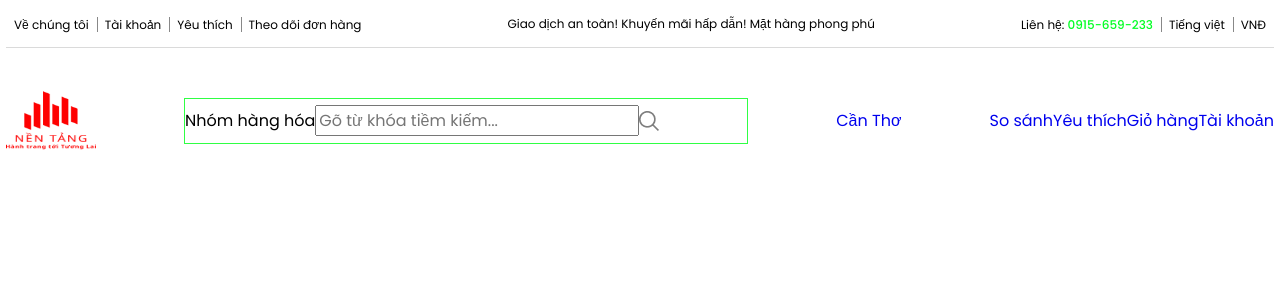
Repository: DucNghia2004/project_pro_01
Page: index.html
These files come from the project's save history. The page is drawn as it stood at one moment and after the next save; the edit follows.
The browser window is 1280 px wide. The pictures show the whole page.

Above is the page before, as saved 2024-05-30 21:26:24.

### index.html
<!DOCTYPE html>
<html lang="en">
    <head>
        <meta charset="UTF-8" />
        <meta name="viewport" content="width=device-width, initial-scale=1.0" />
        <title>Document</title>
        <!-- Reset CSS -->
        <link rel="stylesheet" href="./assets/css/resets.css" />

        <!-- Embed font -->
        <link rel="preconnect" href="https://fonts.googleapis.com" />
        <link rel="preconnect" href="https://fonts.gstatic.com" crossorigin />
        <link
            href="https://fonts.googleapis.com/css2?family=Poppins:ital,wght@0,100;0,200;0,300;0,400;0,500;0,600;0,700;0,800;0,900;1,100;1,200;1,300;1,400;1,500;1,600;1,700;1,800;1,900&display=swap"
            rel="stylesheet"
        />

        <!-- Styles CSS -->
        <link rel="stylesheet" href="./assets/css/styles.css" />
    </head>
    <body>
        <!-- Info_header -->
        <div class="info">
            <div class="container">
                <div class="info-info">
                    <div class="info-header">
                        <ul class="info__list">
                            <li class="info__item">
                                <a href="#!" class="info__link">Về chúng tôi</a>
                            </li>
                            <li class="info__item">
                                <a href="#!" class="info__link">Tài khoản</a>
                            </li>
                            <li class="info__item">
                                <a href="#!" class="info__link">Yêu thích</a>
                            </li>
                            <li class="info__item">
                                <a href="#!" class="info__link"
                                    >Theo dõi đơn hàng</a
                                >
                            </li>
                        </ul>
                    </div>
                    <div class="info-product">
                        <p class="indo-product__desc">
                            Giao dịch an toàn! Khuyến mãi hấp dẫn! Mặt hàng
                            phong phú
                        </p>
                    </div>
                    <div class="info-contact">
                        <ul class="info-contact__list">
                            <li class="info-contact__item">
                                <a href="#!" class="info-contact__link">
                                    Liên hệ:
                                    <strong class="info__tell"
                                        >0915-659-233</strong
                                    >
                                </a>
                            </li>
                            <li class="info-contact__item">
                                <a href="#!" class="info-contact__link"
                                    >Tiếng việt</a
                                >
                            </li>
                            <li class="info-contact__item">
                                <a href="#!" class="info-contact__link">VNĐ</a>
                            </li>
                        </ul>
                    </div>
                </div>
            </div>
        </div>

        <!-- Info_middle -->
        <div class="info-middle">
            <div class="container">
                <div class="info__inner">
                    <img
                        src="./shop_organic/shop_organic/theme/logo.jpg"
                        alt=""
                        class="info__logo"
                    />
                    <form action="" class="search-form">
                        <p class="search-form__desc">Nhóm hàng hóa</p>
                        <input
                            type="search"
                            name=""
                            id=""
                            class="search-form__input"
                            placeholder="Gõ từ khóa tiềm kiếm..."
                        />

                        <img
                            src="./shop_organic/shop_organic/theme/icons/search.png"
                            alt=""
                            class="search-from__icon"
                        />
                    </form>
                    <div class="info-cta__wrap">
                        <a href="#!" class="info__btn">Cần Thơ</a>
                    </div>
                    <div class="info-consumers">
                        <ul class="info-consumer__list">
                            <li class="info-consumer__litem">
                                <a href="#!" class="info-consumer__link">
                                    So sánh
                                </a>
                            </li>
                            <li class="info-consumer__litem">
                                <a href="#!" class="info-consumer__link">
                                    Yêu thích
                                </a>
                            </li>
                            <li class="info-consumer__litem">
                                <a href="#!" class="info-consumer__link">
                                    Giỏ hàng
                                </a>
                            </li>
                            <li class="info-consumer__litem">
                                <a href="#!" class="info-consumer__link">
                                    Tài khoản
                                </a>
                            </li>
                        </ul>
                    </div>
                </div>
            </div>
        </div>
    </body>
</html>

### assets/css/styles.css
* {
    box-sizing: border-box;
}

html {
    font-size: 62.5%;
}

body {
    font-size: 1.6rem;
    font-family: "Poppins", sans-serif;
}

input,
textarea,
select,
button {
    font-size: inherit;
    font-family: inherit;
}

.container {
    width: 100%;
    max-width: calc(100% - 12px);
    margin: 0 auto;
}

/* Comon */
a {
    text-decoration: none;
}

/* Info-header */
.info-info {
    position: relative;
}

.info-info::after {
    content: "";
    position: absolute;
    display: inline-block;
    left: 0;
    bottom: 0;
    width: 100%;
    height: 1px;
    background-color: rgba(0, 0, 0, 0.144);
}

.info-info {
    display: flex;
    align-items: center;
    justify-content: space-between;
    padding: 16px 0;
}

.info__list {
    display: flex;
}

.info__link {
    position: relative;
    padding: 4px 8px;
    color: black;
    font-size: 1.2rem;
}

.info__link:hover {
    text-shadow: 1px 0 0 black;
    color: black;
}

.info__link::before {
    position: absolute;
    content: "";
    display: inline-block;
    height: 15px;
    width: 1px;
    top: 5px;
    left: 0;
    background-color: rgba(0, 0, 0, 0.467);
}

.indo-product__desc {
    font-size: 1.2rem;
    color: black;
}

.info-contact__list {
    display: flex;
}

.info-contact__link {
    position: relative;
    padding: 4px 8px;
    color: black;
    font-size: 1.2rem;
}

.info-contact__link::before {
    position: absolute;
    content: "";
    display: inline-block;
    height: 15px;
    width: 1px;
    top: 5px;
    left: 0;
    background-color: rgba(0, 0, 0, 0.467);
}

.info-contact__list
    .info-contact__item:first-child
    .info-contact__link::before {
    display: none;
}

.info__list .info__item:first-child .info__link::before {
    display: none;
}

.info__tell {
    color: rgb(0, 255, 34);
    font-weight: 500;
}

/* Info middle */
.info-middle {
    padding: 40px 0;
}

.info__inner {
    display: flex;
    align-items: center;
    justify-content: space-between;
}

.info__logo {
    width: 90px;
    height: 65px;
}

.search-form {
    display: flex;
    align-items: center;
    width: 564px;
    height: 46px;
    border: 1px solid rgb(47, 255, 68);
}

.info-consumer__list {
    display: flex;
}

Loaded but not shown: assets/css/resets.css (common file)

After the next save:
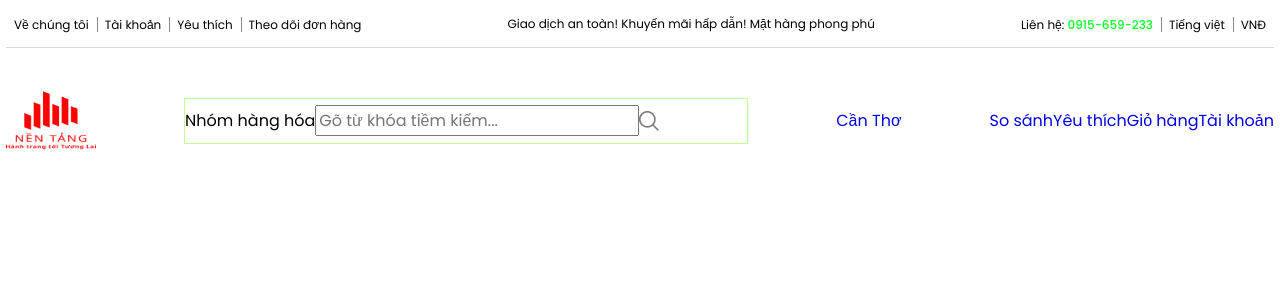
Saved 8 s later.
--- a/assets/css/styles.css
+++ b/assets/css/styles.css
@@ -143,7 +143,7 @@ a {
     align-items: center;
     width: 564px;
     height: 46px;
-    border: 1px solid rgb(47, 255, 68);
+    border: 1px solid rgba(137, 255, 47, 0.507);
 }
 
 .info-consumer__list {
